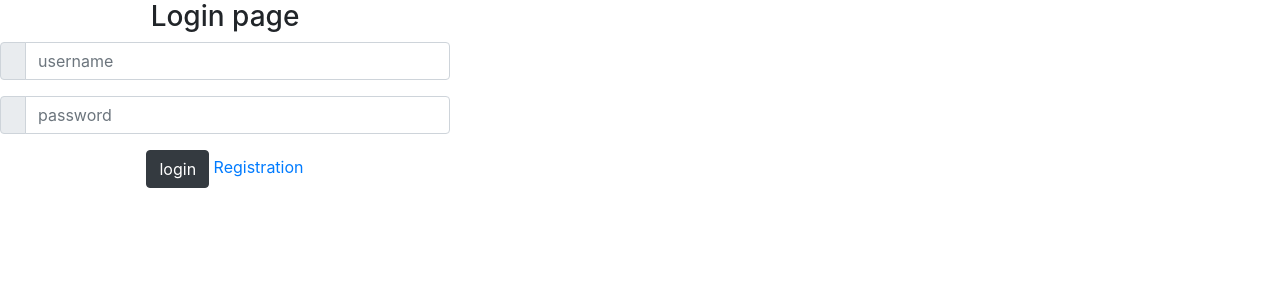
Repository: vishnushelke/LoginPage
Page: http://localhost/MyLoginPage/Login.jsp
These files come from the project's save history. The page is drawn as it stood at one moment and after the next save; the edit follows.
The browser window is 1280 px wide. The pictures show the whole page.
The page is served by Tomcat 9. Other server files are loaded and not shown.

Above is the page before, as saved 2019-10-10 06:27:23.

### MyLoginPage/WebContent/Login.jsp
<%@ page language="java" contentType="text/html; charset=UTF-8"
    pageEncoding="UTF-8"%>
<!DOCTYPE html>
<html>
<head>
<meta charset="UTF-8">
<title>Insert title here</title>
<link rel="stylesheet"
href="https://maxcdn.bootstrapcdn.com/bootstrap/4.3.1/css/bootstrap.min.css">
<script
src="https://ajax.googleapis.com/ajax/libs/jquery/3.4.1/jquery.min.js"></script>
<script
src="https://cdnjs.cloudflare.com/ajax/libs/popper.js/1.14.7/umd/popper.min.js"></script>
<script
src="https://maxcdn.bootstrapcdn.com/bootstrap/4.3.1/js/bootstrap.min.js"></script>
</head>
<body>
<form action="login" method="post">
<div style='text-align:center'>
<fieldset style="width:450px">
<h3>Login page</h3>
<div class="input-group mb-3">
  <div class="input-group-prepend">
    <span class="input-group-text" id="basic-addon1"></span>
  </div>
  <input type="text" class="form-control" name="username" placeholder="username" aria-label="username" aria-describedby="basic-addon1">
</div>
<div class="input-group mb-3">
  <div class="input-group-prepend">
    <span class="input-group-text" id="basic-addon1"></span>
  </div>
  <input type="password" class="form-control" name="password" placeholder="password" aria-label="password" aria-describedby="basic-addon1">
</div>

<input type="submit" value="login" class="btn btn-dark"></button> <a href="register.jsp">Registration</a>

</form>
</body>


</html>

After the next save:
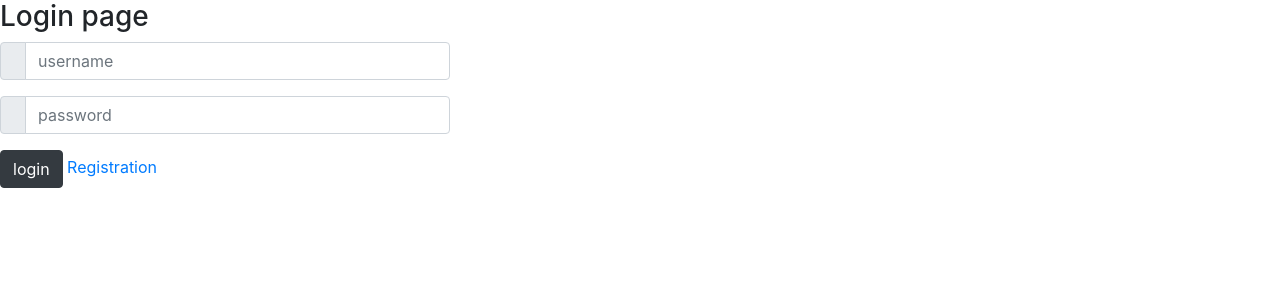
Saved 25 s later.
--- a/MyLoginPage/WebContent/Login.jsp
+++ b/MyLoginPage/WebContent/Login.jsp
@@ -16,7 +16,7 @@ src="https://maxcdn.bootstrapcdn.com/bootstrap/4.3.1/js/bootstrap.min.js"></scri
 </head>
 <body>
 <form action="login" method="post">
-<div style='text-align:center'>
+<div style='text-align:center'></div>
 <fieldset style="width:450px">
 <h3>Login page</h3>
 <div class="input-group mb-3">
